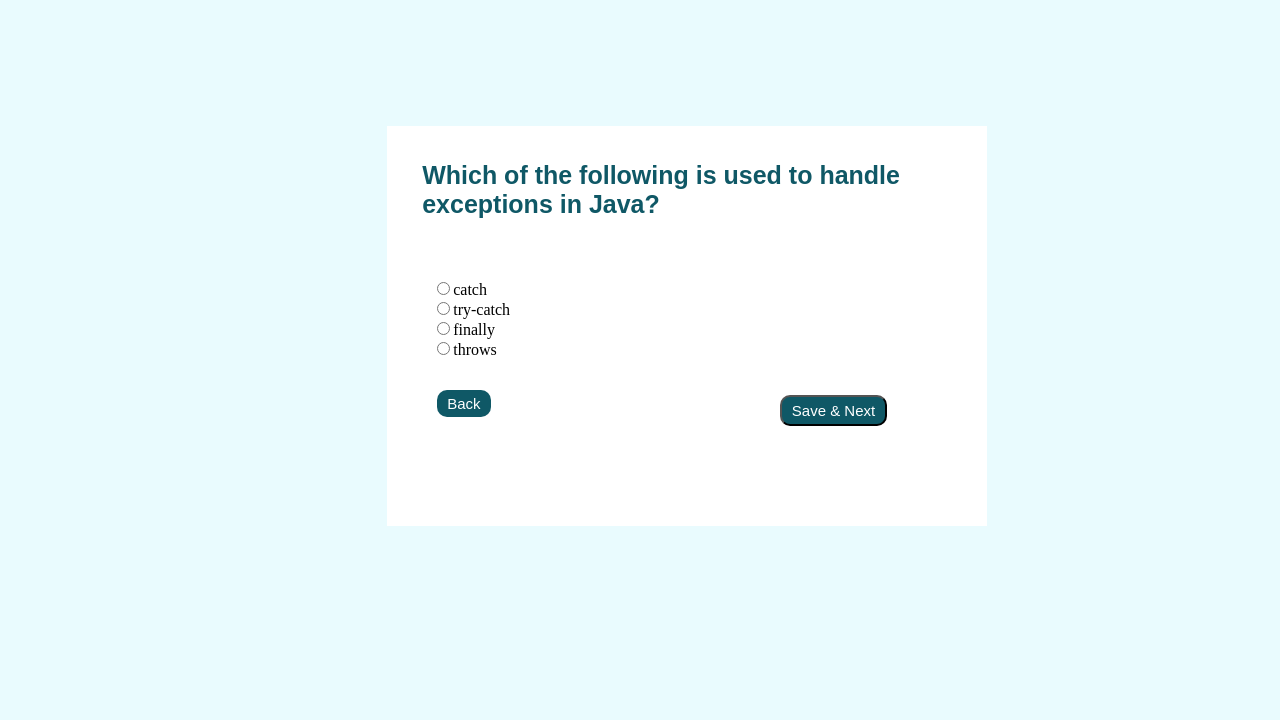
Repository: Rupali-8062Chourasiya5279/Internship_Task_Rupali
Page: Programming Language/quiz/QuizApp/src/main/webapp/First.html
These files come from the project's save history. The page is drawn as it stood at one moment and after the next save; the edit follows.
The browser window is 1280 px wide. The pictures show the whole page.

Above is the page before, as saved 2025-01-24 13:46:24.

### Programming Language/quiz/QuizApp/src/main/webapp/First.html
<!DOCTYPE html>
<html>
<head>
<meta charset="UTF-8">
<title>Que1</title>
<style>
body
{
background-color: #7ce0f4;
}
#div1
{
background-color: white;
height :400px ;
width : 600px;
margin-left: 30%;
margin-top: 10%;
}
 h3
 {
 padding:35px;
 font: bold;
 color: #0f5866;
 font-family: sans-serif;
 font-size: 25px;
 }
 #a{
 text-decoration: none;
 font: bold;
 color: white;
 background-color:#0f5866;
 font-family: sans-serif;
 padding:5px 10px 5px 10px;
 margin-left:50px;
 font-size: 15px;
 border-radius: 10px;
 }
 .i1
 {
 color:#0f5866;
 font-family: sans-serif;
 padding:5px 10px 5px 10px;
 margin-left:50px;
 font-size: 15px;
 }
 #sub
 {
 font: bold;
 color: white;
 background-color:#0f5866;
 font-family: sans-serif;
 float:right;
 padding:5px 10px 5px 10px;
 margin-right:100px;
 font-size: 15px;
 border-radius: 10px;
 }
 body
 {
 background-color: #e9fbfe;
 }
</style>
</head>
<body>
	<form action="First">
	<div id="div1">
	<h3>Which of the following is used to handle exceptions in Java?</h3>
	<input class="i1" type="radio" name="q1" value="catch">catch</input><br>
	<input class="i1" type="radio" name="q1" value="try-catch">try-catch</input><br>
	<input class="i1" type="radio" name="q1" value="finally">finally</input><br>
	<input class="i1" type="radio" name="q1" value="throws">throws</input><br>
	<br><br>
	<a id = "a" href="rules.html">Back</a>
	<input id = "sub" type="submit" value="Save & Next">
	</div>
	</form>
</body>
</html>

After the next save:
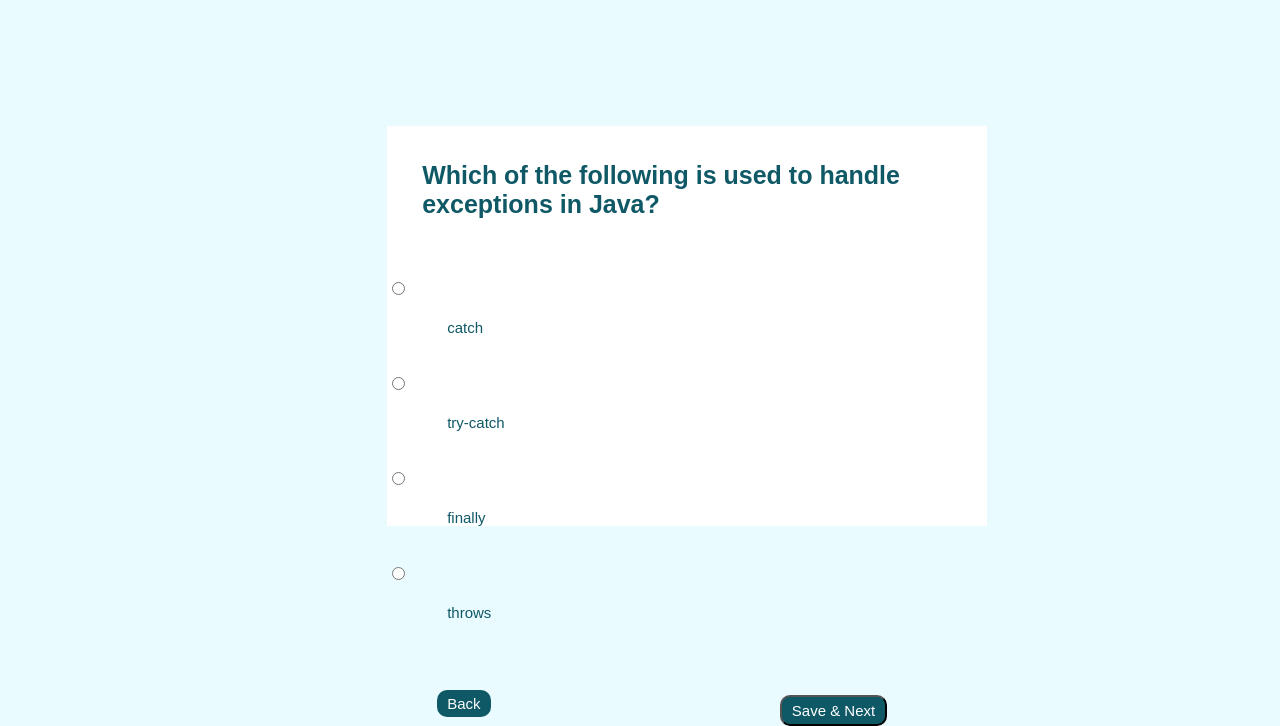
Saved 91 s later.
--- a/Programming Language/quiz/QuizApp/src/main/webapp/First.html
+++ b/Programming Language/quiz/QuizApp/src/main/webapp/First.html
@@ -65,10 +65,10 @@ margin-top: 10%;
 	<form action="First">
 	<div id="div1">
 	<h3>Which of the following is used to handle exceptions in Java?</h3>
-	<input class="i1" type="radio" name="q1" value="catch">catch</input><br>
-	<input class="i1" type="radio" name="q1" value="try-catch">try-catch</input><br>
-	<input class="i1" type="radio" name="q1" value="finally">finally</input><br>
-	<input class="i1" type="radio" name="q1" value="throws">throws</input><br>
+	<input type="radio" name="q1" value="catch"><p class="i1" >catch</p></input><br>
+	<input type="radio" name="q1" value="try-catch"><p class="i1" >try-catch</p></input><br>
+	<input type="radio" name="q1" value="finally"><p class="i1" >finally</p></input><br>
+	<input type="radio" name="q1" value="throws"><p class="i1" >throws</p></input><br>
 	<br><br>
 	<a id = "a" href="rules.html">Back</a>
 	<input id = "sub" type="submit" value="Save & Next">
